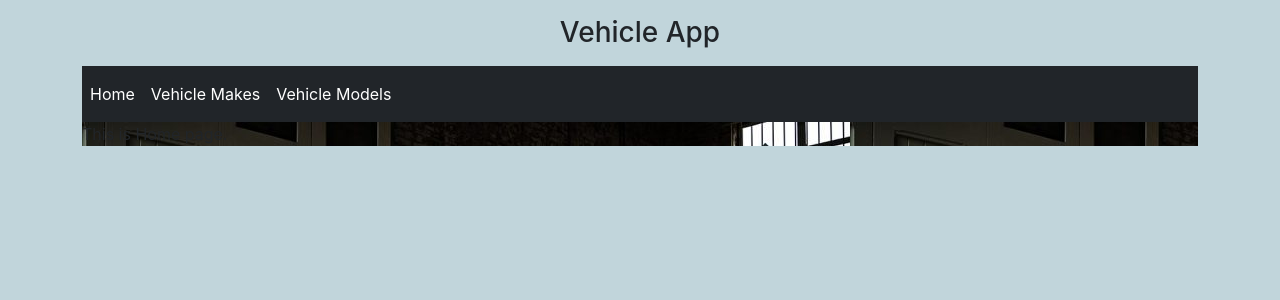
Repository: magdalenarajic/VehicleFrontend
Page: /
These files come from the project's save history. The page is drawn as it stood at one moment and after the next save; the edit follows.
The browser window is 1280 px wide. The pictures show the whole page.
The project was rebuilt for these pictures with package versions that can differ from the ones it lists, and the page was loaded fresh each time. Also part of the build but not shown: src/App.css, src/services/makeService.js, src/stores/makeStore.js, src/components/VehicleMake.js, src/services/modelService.js, src/stores/modelStore.js, src/components/VehicleModel.js.

Above is the page before, as saved 2023-03-10 11:30:50.

### public/index.html
<!DOCTYPE html>
<html lang="en">
  <head>
    <meta charset="utf-8" />
    <link rel="icon" href="%PUBLIC_URL%/favicon.ico" />
    <meta name="viewport" content="width=device-width, initial-scale=1" />
    <meta name="theme-color" content="#000000" />
    <meta
      name="description"
      content="Web site created using create-react-app"
    />
    <link rel="apple-touch-icon" href="%PUBLIC_URL%/logo192.png" />
    <!--
      manifest.json provides metadata used when your web app is installed on a
      user's mobile device or desktop. See https://developers.google.com/web/fundamentals/web-app-manifest/
    -->
    <link rel="manifest" href="%PUBLIC_URL%/manifest.json" />
    <!--
      Notice the use of %PUBLIC_URL% in the tags above.
      It will be replaced with the URL of the `public` folder during the build.
      Only files inside the `public` folder can be referenced from the HTML.

      Unlike "/favicon.ico" or "favicon.ico", "%PUBLIC_URL%/favicon.ico" will
      work correctly both with client-side routing and a non-root public URL.
      Learn how to configure a non-root public URL by running `npm run build`.
    -->
    <link
  rel="stylesheet"
  href="https://cdn.jsdelivr.net/npm/bootstrap@5.2.3/dist/css/bootstrap.min.css"
  integrity="sha384-rbsA2VBKQhggwzxH7pPCaAqO46MgnOM80zW1RWuH61DGLwZJEdK2Kadq2F9CUG65"
  crossorigin="anonymous"
/>
    <title>React App</title>
  </head>
  <body>
    <noscript>You need to enable JavaScript to run this app.</noscript>
    <div id="root"></div>
    <!--
      This HTML file is a template.
      If you open it directly in the browser, you will see an empty page.

      You can add webfonts, meta tags, or analytics to this file.
      The build step will place the bundled scripts into the <body> tag.

      To begin the development, run `npm start` or `yarn start`.
      To create a production bundle, use `npm run build` or `yarn build`.
    -->
  </body>
</html>

### src/index.css
body {
  background-color: rgb(193, 213, 219);
  font-family: -apple-system, BlinkMacSystemFont, 'Segoe UI', 'Roboto', 'Oxygen',
    'Ubuntu', 'Cantarell', 'Fira Sans', 'Droid Sans', 'Helvetica Neue',
    sans-serif;
  -webkit-font-smoothing: antialiased;
  -moz-osx-font-smoothing: grayscale;
}

code {
  font-family: source-code-pro, Menlo, Monaco, Consolas, 'Courier New',
    monospace;
}

### src/App.js
import './App.css';
import { Home } from './components/Home';
import VehicleMake  from './components/VehicleMake';
import {Navigation} from './components/Navigation';
import VehicleModel from './components/VehicleModel';

import {BrowserRouter, Route, Routes} from 'react-router-dom';

function App() {
  return (
    <BrowserRouter>
    <div className='container'>
    <header>
      <h3 className="m-3 d-flex justify-content-center">
        Vehicle App
      </h3>
      </header>
      <div>
      <Navigation/>
       <Routes>
        <Route path='/' element={<Home/>} />
        <Route path='/Makes' element={<VehicleMake/>} />
        <Route path='/Models' element={<VehicleModel/>} />
       </Routes>
    </div>
    </div>
    </BrowserRouter>
  );
}

export default App;

### src/components/Home.js
import React, {Component} from 'react';
import image from '../img/photo1.jpg';

export class Home extends Component{

    render(){
          return(
            <div style={{ backgroundImage:`url(${image})` }}>
                This is Home page.
            </div>
          )
    }
}

### src/components/Navigation.js
import React, { Component } from "react";
import { Navbar, Nav } from "react-bootstrap";

export class Navigation extends Component {
  render() {
    return (
      <Navbar bg="dark" variant="dark">
        <Nav variant="pills">
          <Nav.Link className="d-inline p-2 text-white " href="/">
            Home
          </Nav.Link>
          <Nav.Link className="d-inline p-2 text-white" href="/makes">
            Vehicle Makes
          </Nav.Link>
          <Nav.Link className="d-inline p-2 text-white" href="/models">
            Vehicle Models
          </Nav.Link>
        </Nav>
      </Navbar>
    );
  }
}

Loaded but not shown: src/index.js (common file); src/reportWebVitals.js (common file)

After the next save:
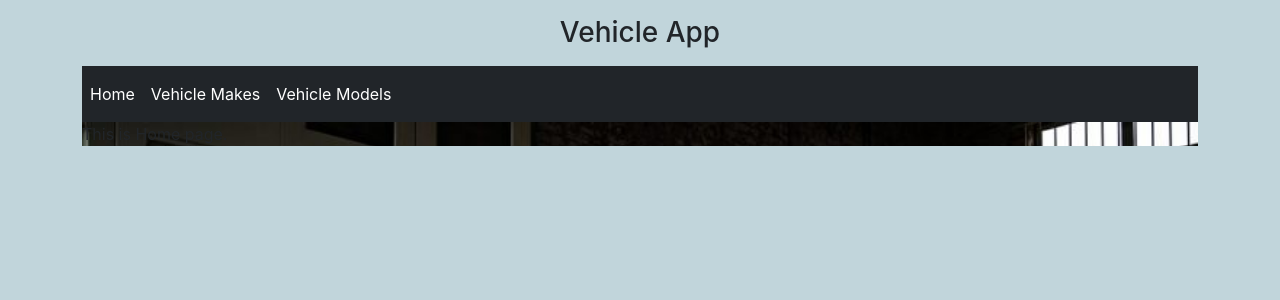
Saved 93 s later.
--- a/src/components/Home.js
+++ b/src/components/Home.js
@@ -5,7 +5,7 @@ export class Home extends Component{
 
     render(){
           return(
-            <div style={{ backgroundImage:`url(${image})` }}>
+            <div style={{ backgroundImage:`url(${image})` , backgroundSize: "cover"}}>
                 This is Home page.
             </div>
           )
